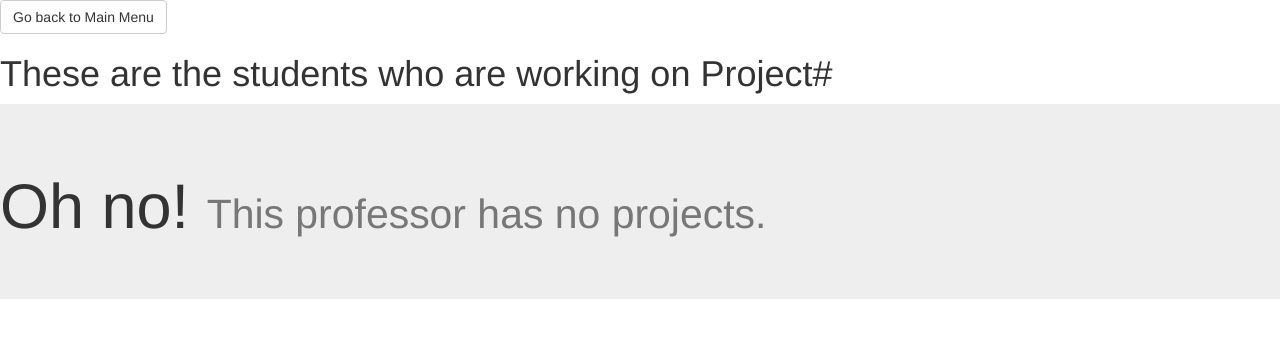
Repository: cpham19/DatabaseSite
Page: http://localhost/database/ViewCount.jsp
The author's editor kept a copy of each file at every save. The page is drawn from the files as they stood at one save, then again after the next save.
The browser window is 1280 px wide. The pictures show the whole page.
The page is served by Tomcat 9. Other server files are loaded and not shown. The template is opened directly, without the code that normally fills it, so the values that code supplies are empty.

Above is the page before, as saved 2017-07-30 05:46:08.

### database/src/main/webapp/ViewCount.jsp
<%@ page language="java" contentType="text/html; charset=UTF-8" pageEncoding="UTF-8"%>
<%@ taglib prefix="c" uri="http://java.sun.com/jsp/jstl/core" %>
<%@ taglib prefix="fn" uri="http://java.sun.com/jsp/jstl/functions" %>
<!doctype html>
<html lang="en">
<head>
	<title>Students</title>
	<!-- Latest compiled and minified CSS -->
	<link rel="stylesheet" href="https://maxcdn.bootstrapcdn.com/bootstrap/3.3.7/css/bootstrap.min.css" integrity="sha384-BVYiiSIFeK1dGmJRAkycuHAHRg32OmUcww7on3RYdg4Va+PmSTsz/K68vbdEjh4u" crossorigin="anonymous">
</head>
<body>
 	<a href="Table" class="btn btn-default" role="button">Go back to Main Menu</a><br/>

	<h1>These are the students who are working on Project# </h1>
	<c:if test="${empty projects}">
		<div class="jumbotron">
			<h1>Oh no! <small>This professor has no projects.</small></h1>
		</div>
	</c:if>

	<c:if test="${not empty projects}">
		<c:forEach items="${projects}" var="project">
 			<div class="pane panel-default">
				 <div class = "pane panel-heading"><h1>Project#${project.projectNum} ${project.sponsorName} | Start: ${project.startingDate}  End: ${project.endingDate}</h1></div>
			</div>
		</c:forEach>
	</c:if>
</body>
</html>

After the next save:
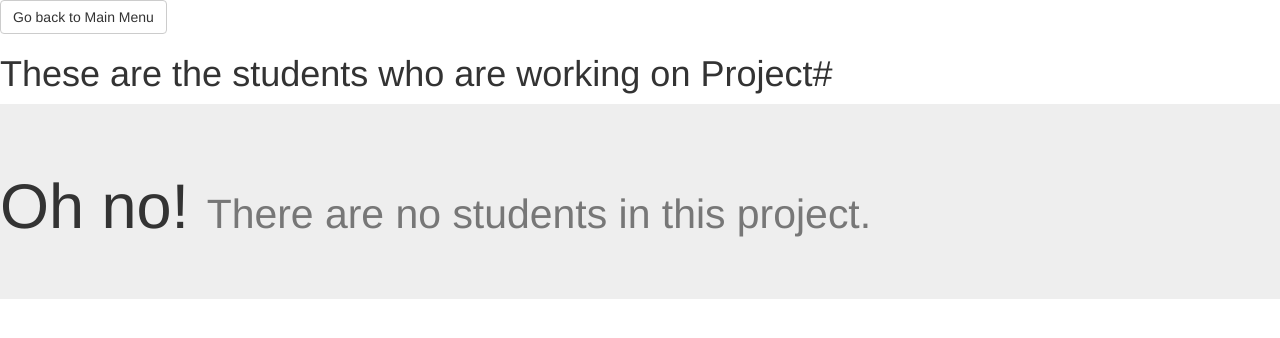
Saved 16 s later.
--- a/database/src/main/webapp/ViewCount.jsp
+++ b/database/src/main/webapp/ViewCount.jsp
@@ -14,7 +14,7 @@
 	<h1>These are the students who are working on Project# </h1>
 	<c:if test="${empty projects}">
 		<div class="jumbotron">
-			<h1>Oh no! <small>This professor has no projects.</small></h1>
+			<h1>Oh no! <small>There are no students in this project.</small></h1>
 		</div>
 	</c:if>
 
